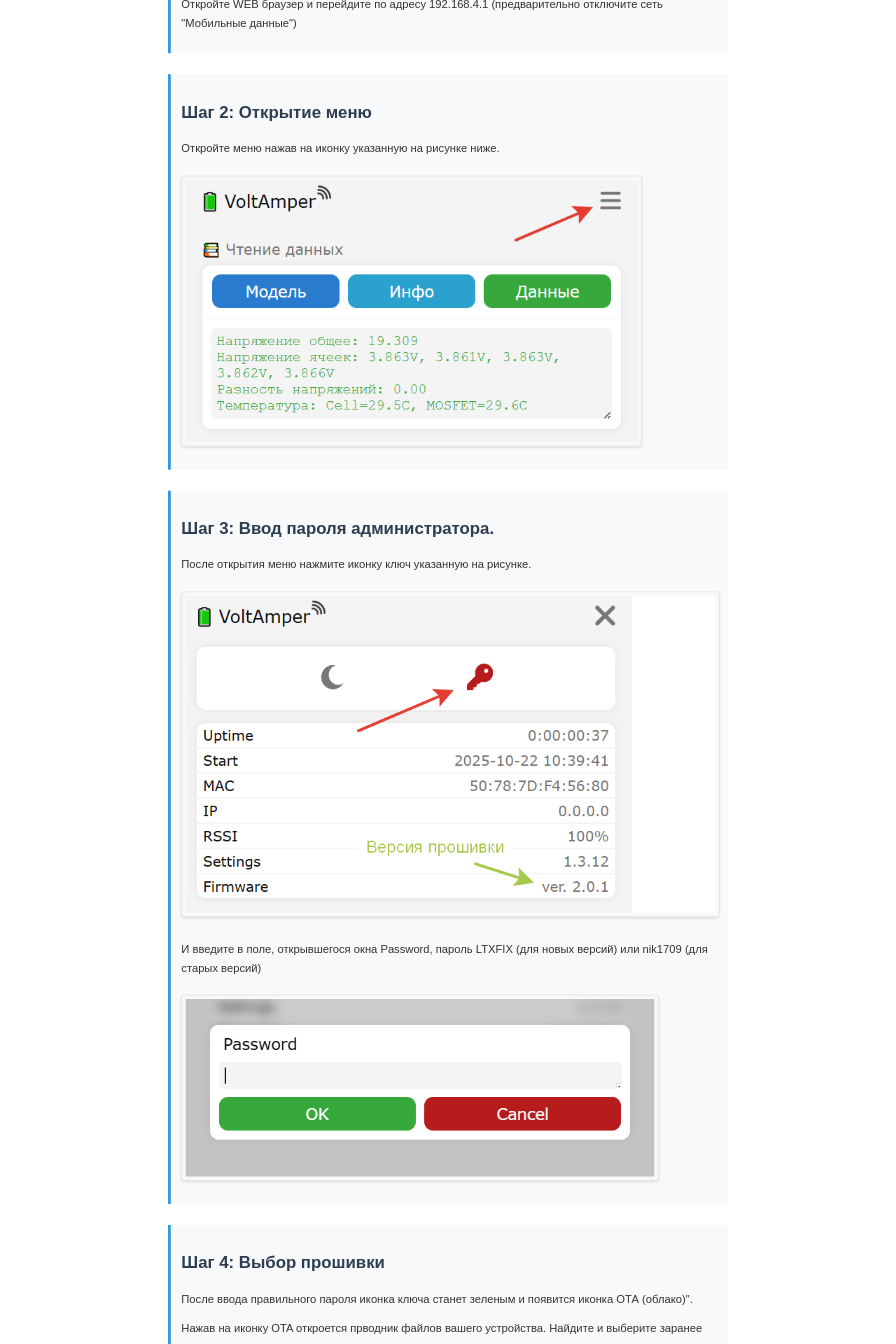
Repository: NikElectronics/ELIXStoFIX
Page: firmware.html
The author's editor kept a copy of each file at every save. The page is drawn from the files as they stood at one save, then again after the next save.
The browser window is 1280 px wide. The pictures show the part of the page from y = 650 to 2570 px (the page is 5392 px tall), at 70% of full size.

Above is the page before, as saved 2026-01-06 16:18:35.

After the next save:
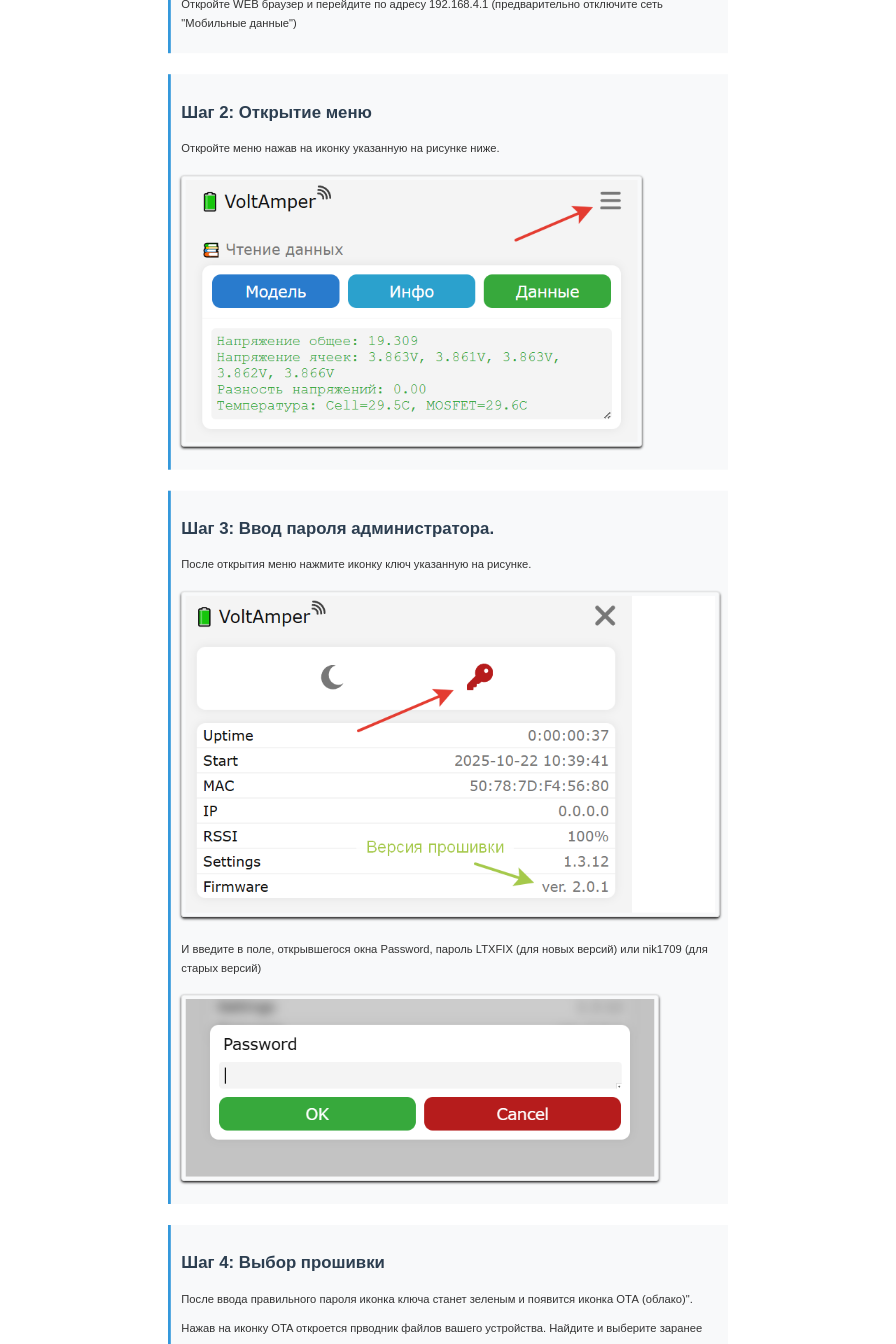
Saved 8 s later.
--- a/firmware.html
+++ b/firmware.html
@@ -34,7 +34,53 @@
             border-radius: 4px;
             padding: 5px;
             margin: 10px 0;
-            box-shadow: 0 2px 4px rgba(0, 0, 0, 0.1);
+            box-shadow: 0 2px 4px rgba(0, 0, 0.1);
+            cursor: pointer;
+            transition: transform 0.3s ease;
+        }
+
+        .screenshot:hover {
+            transform: scale(1.05);
+        }
+
+        /* Стили для модального окна изображения */
+        .modal {
+            display: none;
+            position: fixed;
+            z-index: 1000;
+            left: 0;
+            top: 0;
+            width: 100%;
+            height: 100%;
+            background-color: rgba(0, 0, 0, 0.9);
+            backdrop-filter: blur(5px);
+        }
+
+        .modal-content {
+            display: block;
+            margin: auto;
+            max-width: 90%;
+            max-height: 90%;
+            position: absolute;
+            top: 50%;
+            left: 50%;
+            transform: translate(-50%, -50%);
+            border-radius: 8px;
+        }
+
+        .close {
+            position: absolute;
+            top: 20px;
+            right: 35px;
+            color: #fff;
+            font-size: 40px;
+            font-weight: bold;
+            cursor: pointer;
+            z-index: 1001;
+        }
+
+        .close:hover {
+            color: #ccc;
         }
 
         .note {
